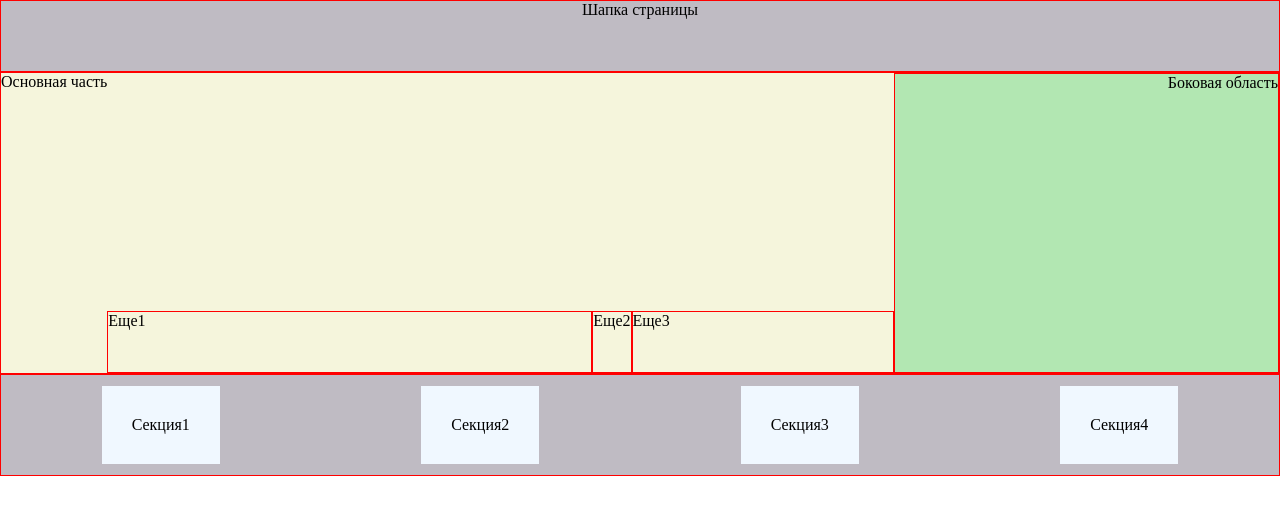
Repository: IrinaGetmanenko/week5
Page: week5/index.html
These files come from the project's save history. The page is drawn as it stood at one moment and after the next save; the edit follows.
The browser window is 1280 px wide. The pictures show the whole page.

Above is the page before, as saved 2022-08-28 20:06:25.

### week5/index.html
<!DOCTYPE html>
<html lang="en">
<head>
    <meta charset="UTF-8">
    <meta http-equiv="X-UA-Compatible" content="IE=edge">
    <meta name="viewport" content="width=device-width, initial-scale=1.0">
    <link rel="stylesheet" href="normalize.css">
    <title>Document</title>
    <style>
    .container{
        display: flex;
        justify-content: center;
        flex-wrap: wrap;

    }

    .h1{
        display: flex;
        justify-content: center;
        border: 1px solid red;
        height: 70px;
        background-color: #bfbbc3;
    }

    .container-2{
        display: flex;
        justify-content: row;

        border: 1px solid red;
        background-color: beige;
        height: 300px;
        flex-wrap: wrap;

    }
    .section1{
        display: flex;
        justify-content: row;
        flex-grow: 2;
        border: 1px solid red;
        align-self: flex-end;
        height: 20%;

    }
    .section2{
        display: flex;
        border: 1px solid red;
        align-self: flex-end;
        height: 20%;
    }

    .section3{
        flex: auto;
        border: 1px solid red;
        align-self: flex-end;
        height: 20%;
    }
    .aside{
        display: flex;
        justify-content: flex-end;
        border: 1px solid red;
        background-color: rgb(178, 231, 178);
        width: 30%;



    }
    .footer{
        display: flex;
        justify-content: space-around;
        border: 1px solid red;
        height: 100px;
        background-color: #bfbbc3;
        flex-wrap: wrap;
    }
.f1{

    align-self: center;
    padding: 30px;
    background-color: aliceblue;


}
.f2{

    align-self: center;
    padding: 30px;
    background-color: aliceblue;
}
.f3{

    align-self: center;
    padding: 30px;
    background-color: aliceblue;
}
.f4{

    align-self: center;
    padding: 30px;
    background-color: aliceblue;
}
    </style>
</head>
<body class="container-1">
    <header class="h1" >Шапка страницы</header>

<main>
<main class="container-2">Основная часть
<main class="section1">Eще1</main>
<main class="section2">Еще2</main>
<main class="section3">Еще3</main>
<aside class="aside">Боковая область</aside>
</main>

</main>

<footer class="footer">
       <footer class="f1">Секция1</footer>
       <footer class="f2">Секция2</footer>
       <footer class="f3">Секция3</footer>
       <footer class="f4">Секция4</footer>
</footer>

</body>
</html>

Loaded but not shown: week5/normalize.css (library)

After the next save:
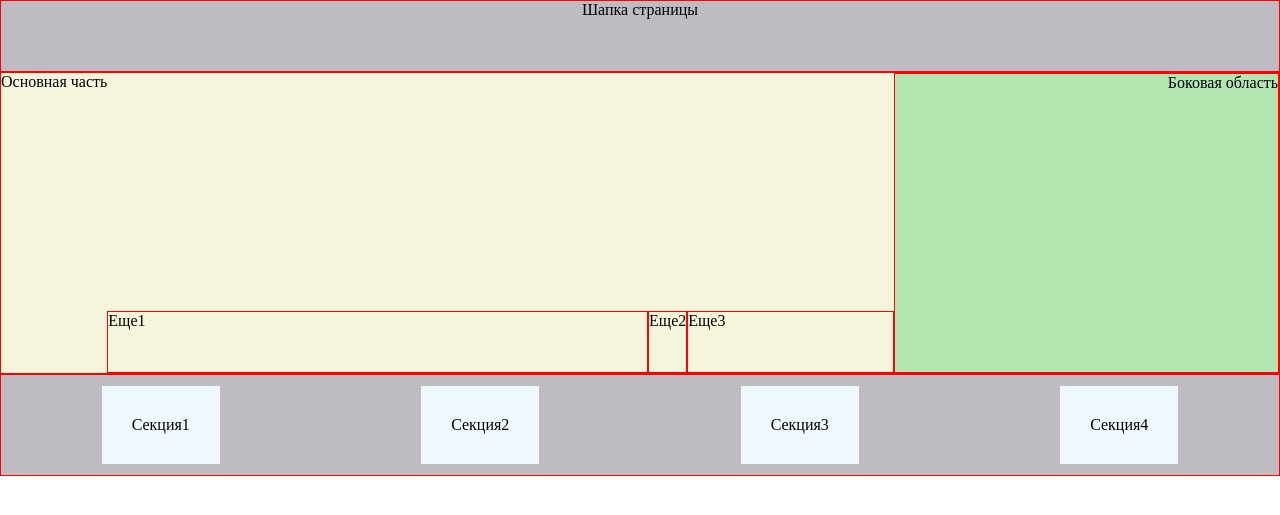
Saved 17 s later.
--- a/week5/index.html
+++ b/week5/index.html
@@ -35,7 +35,7 @@
     .section1{
         display: flex;
         justify-content: row;
-        flex-grow: 2;
+        flex-grow: 3;
         border: 1px solid red;
         align-self: flex-end;
         height: 20%;
